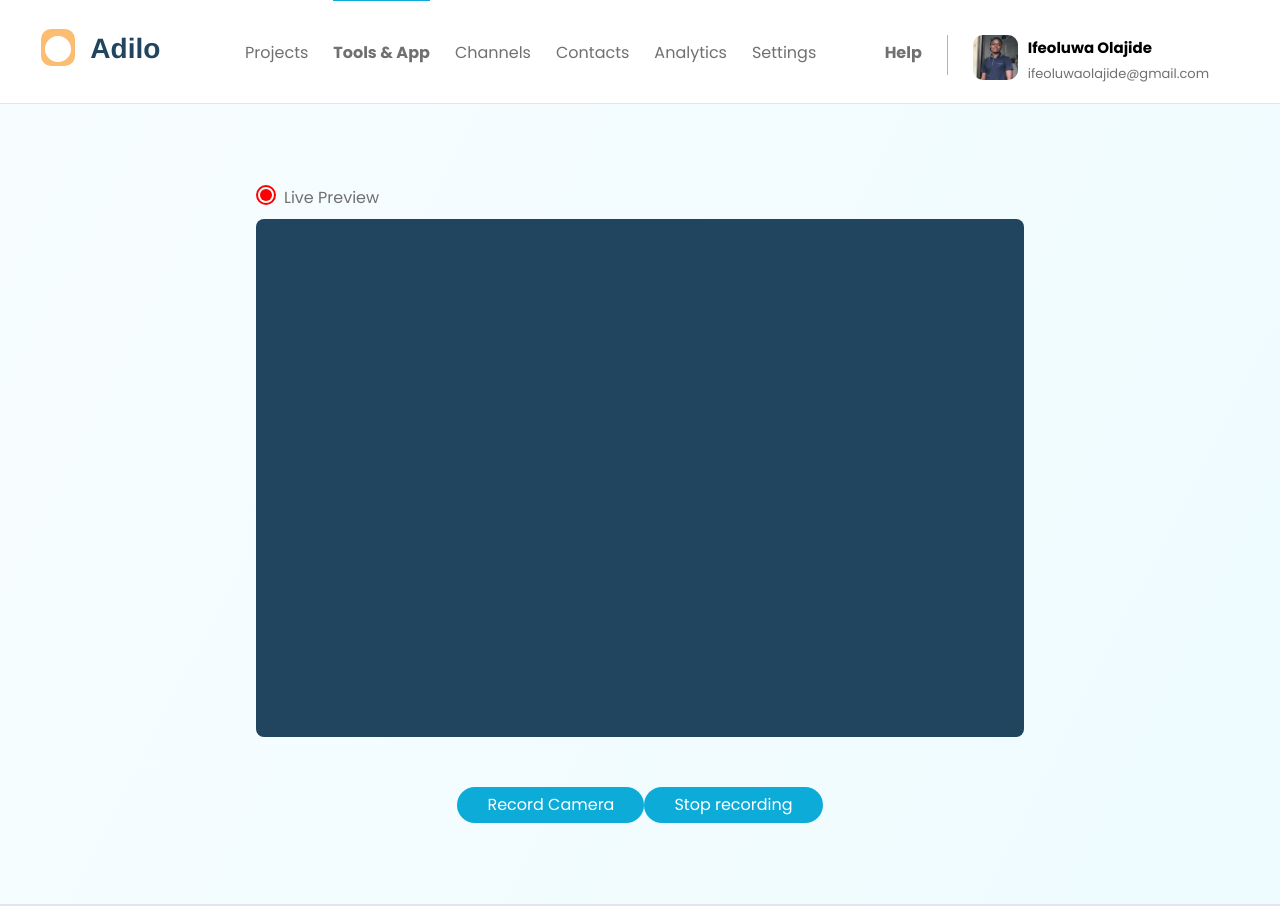
Repository: olhighjay/video_recorder
Page: /
These files come from the project's save history. The page is drawn as it stood at one moment and after the next save; the edit follows.
The browser window is 1280 px wide. The pictures show the whole page.
Some web libraries are served in a nearby version. The project was rebuilt for these pictures with package versions that can differ from the ones it lists, and the page was loaded fresh each time. Also part of the build but not shown: vue.config.js, src/components/DataTable.vue, src/components/EmptyRecorded.vue, src/components/DefLoader.vue.

Above is the page before, as saved 2022-07-29 20:05:25.

After the next save:
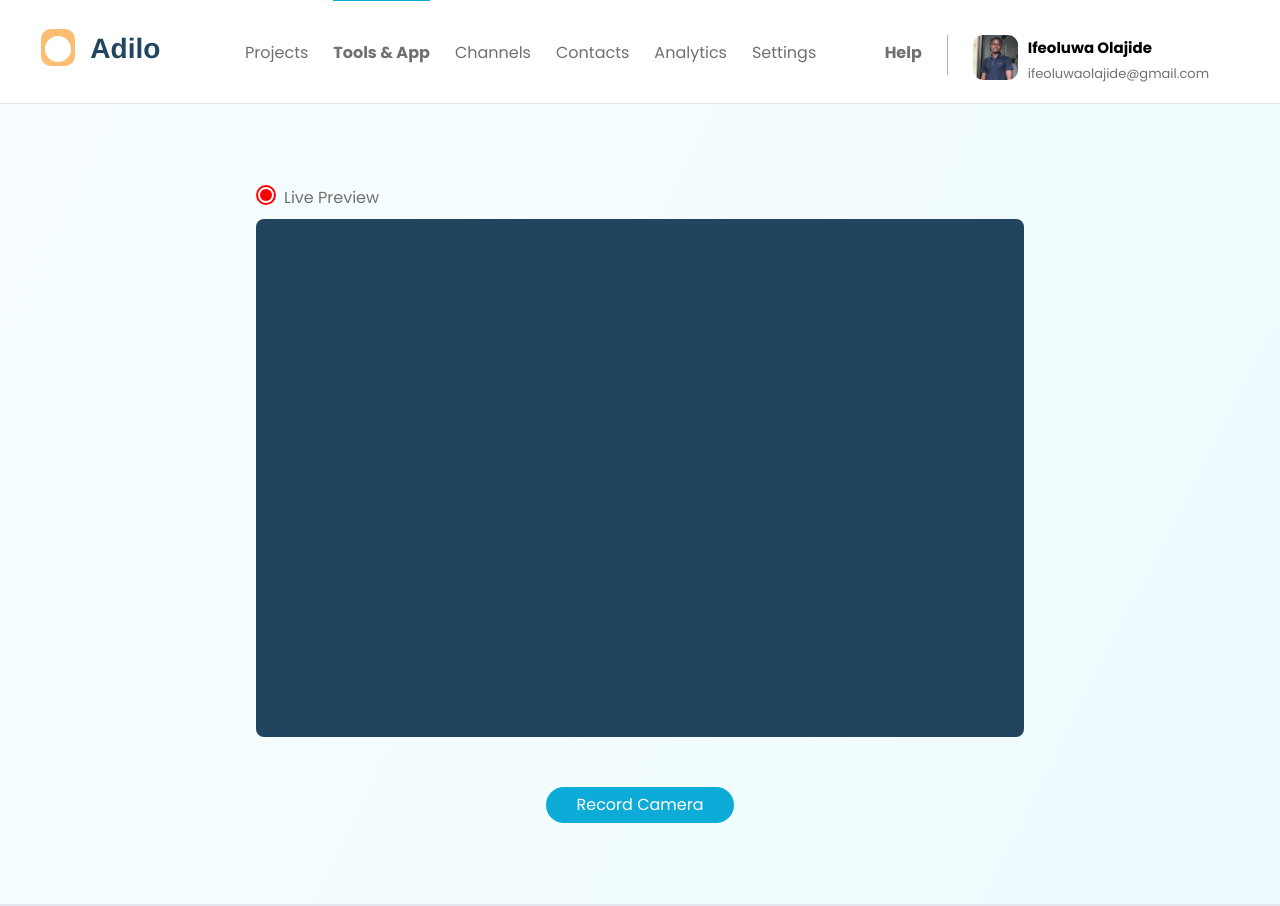
Saved 5 min 54 s later.
--- a/src/App.vue
+++ b/src/App.vue
@@ -122,8 +122,8 @@ Launch demo modal
         </div>
         <div class="text-center start-recording-wrapper">
           <!-- <button @click="startScreenRecording" class="start-recording">Start recording</button> -->
-          <button v-if="recordVideo" @click="startCamVideo()" class="start-recording">Record Camera</button>
-          <button @click="stopAndSaveRecordingCamVideo(mediaVideoRec)" class="start-recording">Stop recording</button>
+          <button v-if="recordVideo && !currentStream" @click="startCamVideo()" class="start-recording">Record Camera</button>
+          <button v-if="recordVideo && currentStream === 'camR'" @click="stopAndSaveRecordingCamVideo(mediaVideoRec)" class="start-recording">Stop recording</button>
           <!-- <button @click="stopAndSaveRecordingCamVideo(mediaVideoRec)" class="start-recording">Stop recording</button> -->
           <!-- <button @click="stopScreenRecording()" class="start-recording">Stop recording</button> -->
         </div>
@@ -156,6 +156,7 @@ export default {
       myPermissionAccepted: false,
       myStream: null,
       mediaVideoRec: null,
+      currentStream: null,
 
       stream: null,
       audio: null,
@@ -173,6 +174,7 @@ export default {
     async startCamVideo() {
       this.recorded = false;
       this.readyToPlay = false;
+      this.currentStream = "camR";
       let vidRecordOptions = {
           // audio: false,
           // // audio: {
@@ -249,6 +251,7 @@ export default {
       this.cameraMode = false;
       this.recorded = true;
       this.readyToPlay = true;
+      this.currentStream = null;
     },
     async startScreenRecording() {
       // this.recorded = true;
